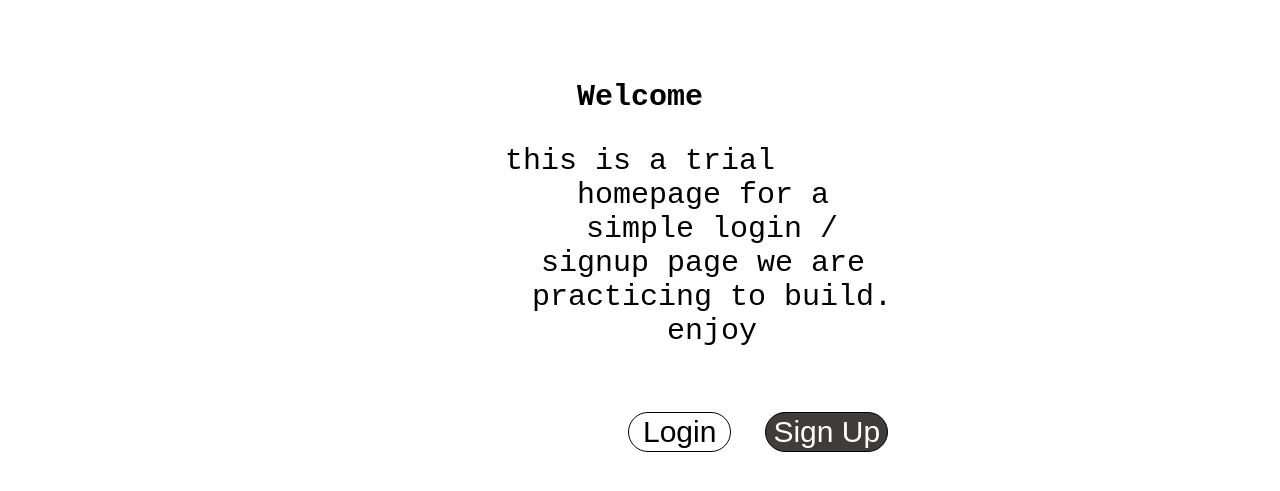
Repository: yhung004/TUTORIAL_PAGE
Page: home.html
These files come from the project's save history. The page is drawn as it stood at one moment and after the next save; the edit follows.
The browser window is 1280 px wide. The pictures show the whole page.

Above is the page before, as saved 2024-04-10 02:02:26.

After the next save:
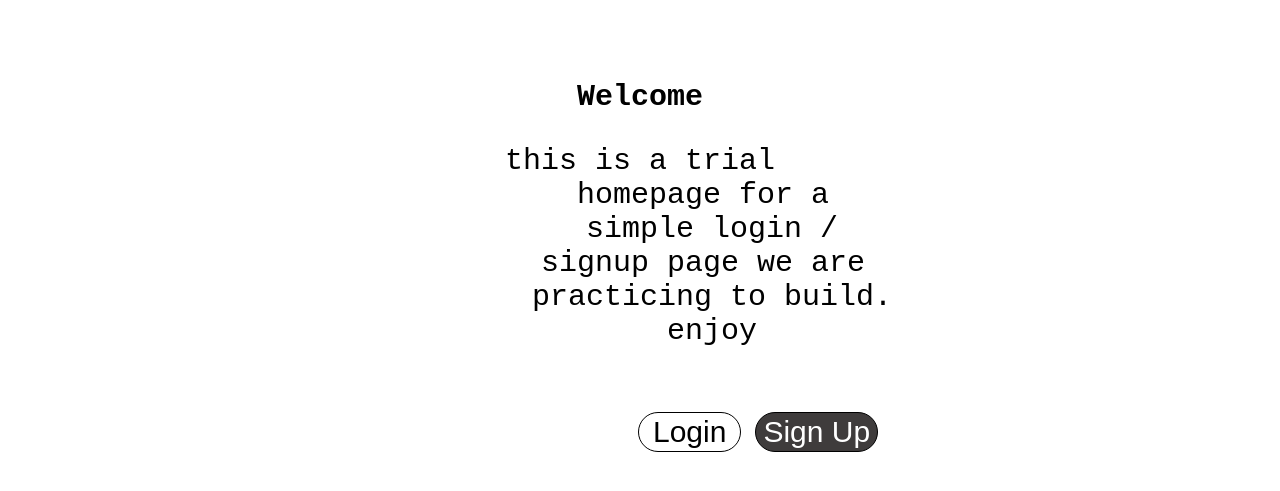
Saved 15 s later.
--- a/main.css
+++ b/main.css
@@ -11,7 +11,7 @@
 }
 .button_a {
     position: relative;
-    left: 620px;
+    left: 630px;
     border: 1px solid black;
     background-color:white;
     border-radius: 20px;
@@ -20,7 +20,7 @@
 }
 .button_b {
     position: relative;
-    right: -650px;
+    right: -640px;
     border : 1px solid black;
     border-radius: 20px;
     background-color: rgb(63, 60, 60);
